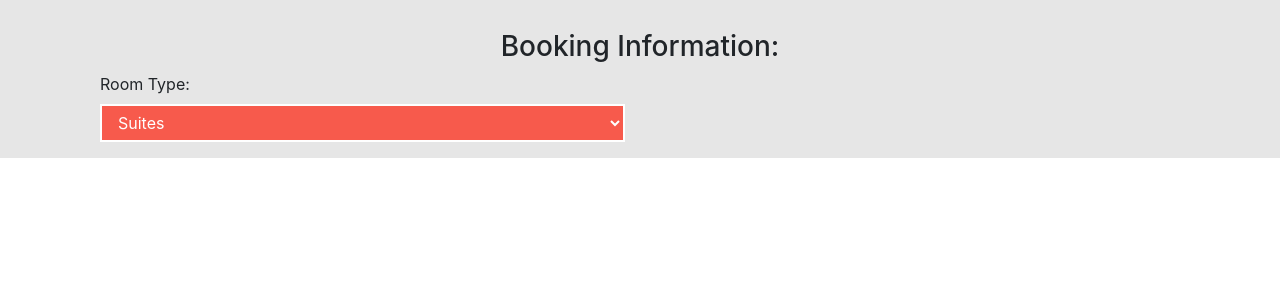
Repository: kapsky5/HotelManagement
Page: booking.html
An editor plug-in stored every save of this project. The page is shown before and after the next save, followed by the edit.
The browser window is 1280 px wide. The pictures show the whole page.

Above is the page before, as saved 2019-11-07 03:33:22.

After the next save:
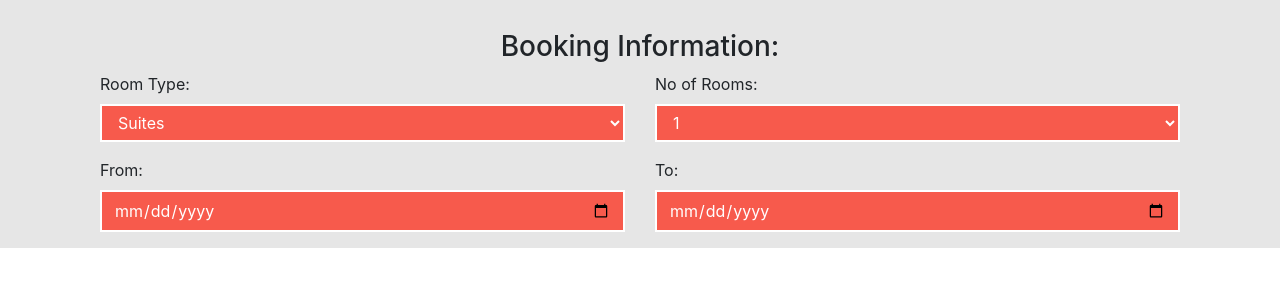
Saved 7 min 34 s later.
--- a/booking.html
+++ b/booking.html
@@ -29,6 +29,29 @@
                             </select>
                         </div>
                     </div>
+                    <div class="col-md-6">
+                        <div class="form-group">
+                            <label>No of Rooms:</label>
+                            <select class="form-control">
+                                <option>1</option>
+                                <option>2</option>
+                                <option>3</option>
+                                <option>4</option>
+                            </select>
+                        </div>
+                    </div>
+                    <div class="col-md-6">
+                        <div class="form-group">
+                            <label>From:</label>
+                            <input class="form-control" type="date">
+                        </div>
+                    </div>
+                    <div class="col-md-6">
+                        <div class="form-group">
+                            <label>To:</label>
+                            <input class="form-control" type="date">
+                        </div>
+                    </div>
                 </div>
             </form>
         </div>
